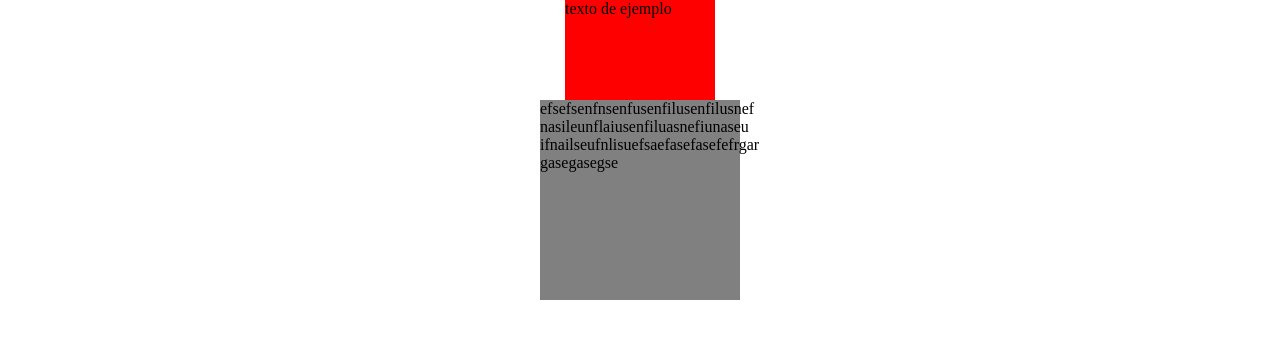
Repository: Daniel009980/daniel0099980
Page: desafio/index.html
These files come from the project's save history. The page is drawn as it stood at one moment and after the next save; the edit follows.
The browser window is 1280 px wide. The pictures show the whole page.

Above is the page before, as saved 2022-09-18 23:37:48.

After the next save:
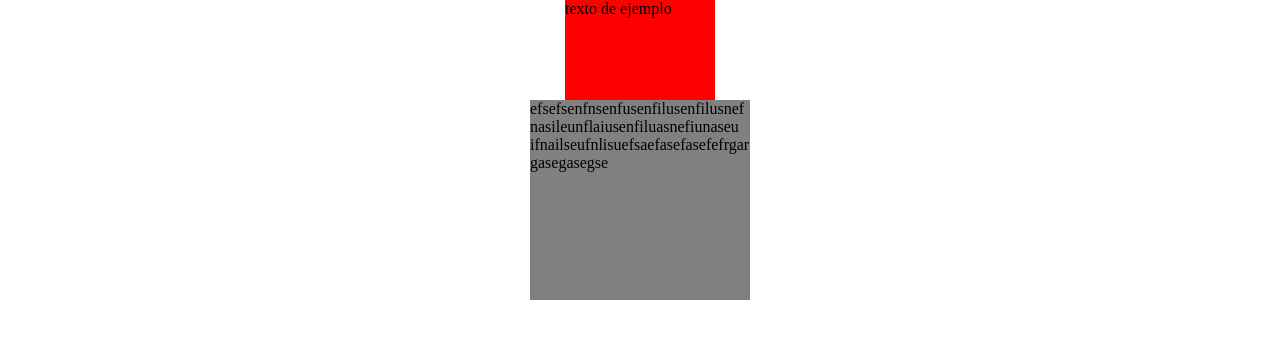
Saved 10 s later.
--- a/desafio/style.css
+++ b/desafio/style.css
@@ -14,7 +14,7 @@
 
 section{
     background-color: grey;
-    width: 200px;
+    width: 220px;
     height: 200px;
     margin: 0 auto;
 }
